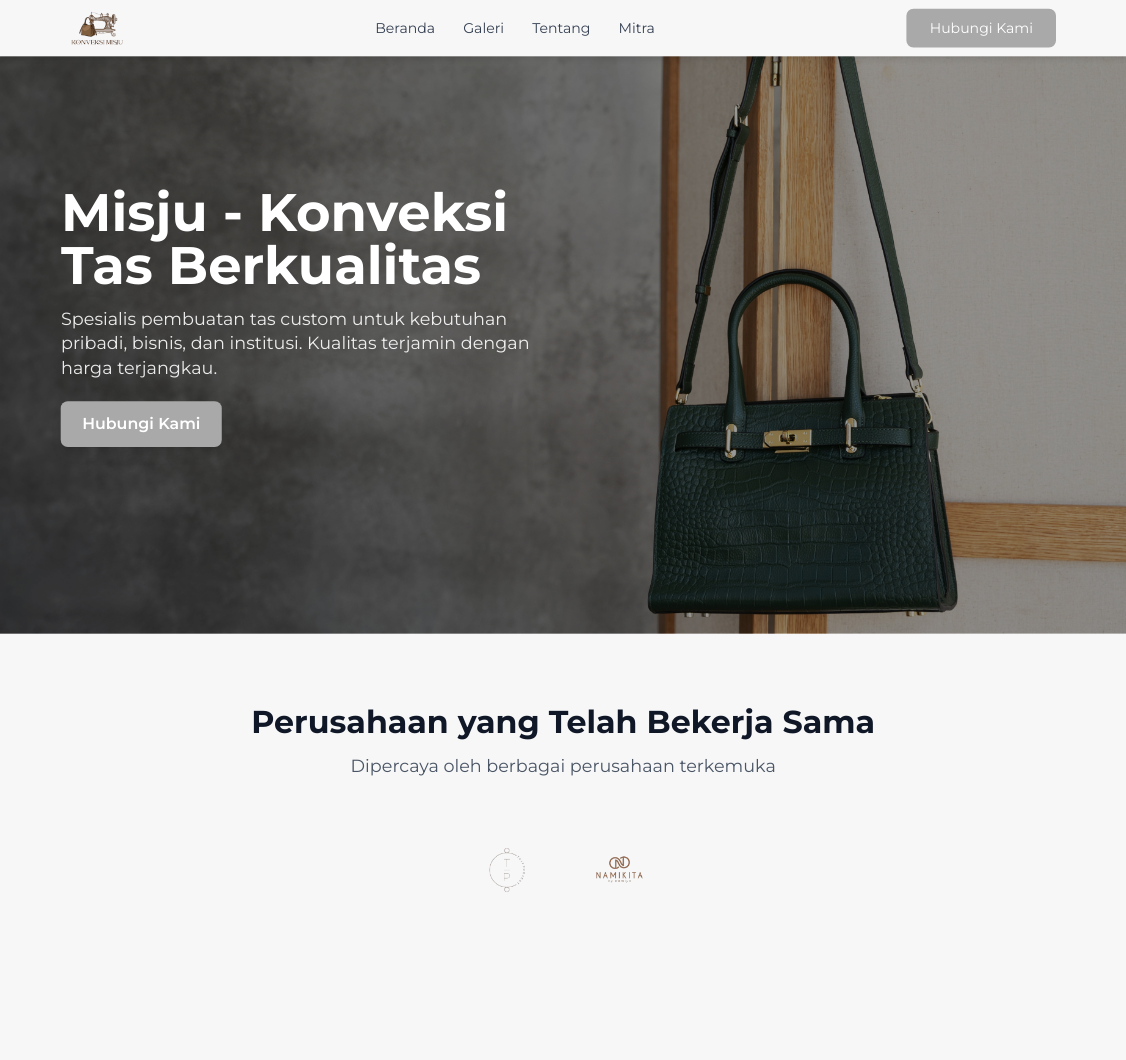
Repository: faridfirdaus-fred/konveksi_misju
Page: /
These files come from the project's save history. The page is drawn as it stood at one moment and after a run of saves; the edit follows.
The browser window is 1280 px wide. The pictures show the part of the page from y = 0 to 1204 px (the page is 3332 px tall before and 3396 px after), at 88% of full size.
Pictures or frames that could not be fetched are drawn as grey boxes. The project was rebuilt for these pictures with package versions that can differ from the ones it lists, and the page was loaded fresh each time. Also part of the build but not shown: vite.config.js.

Above is the page before, as saved 2026-01-09 20:12:45.

After the next 2 saves:
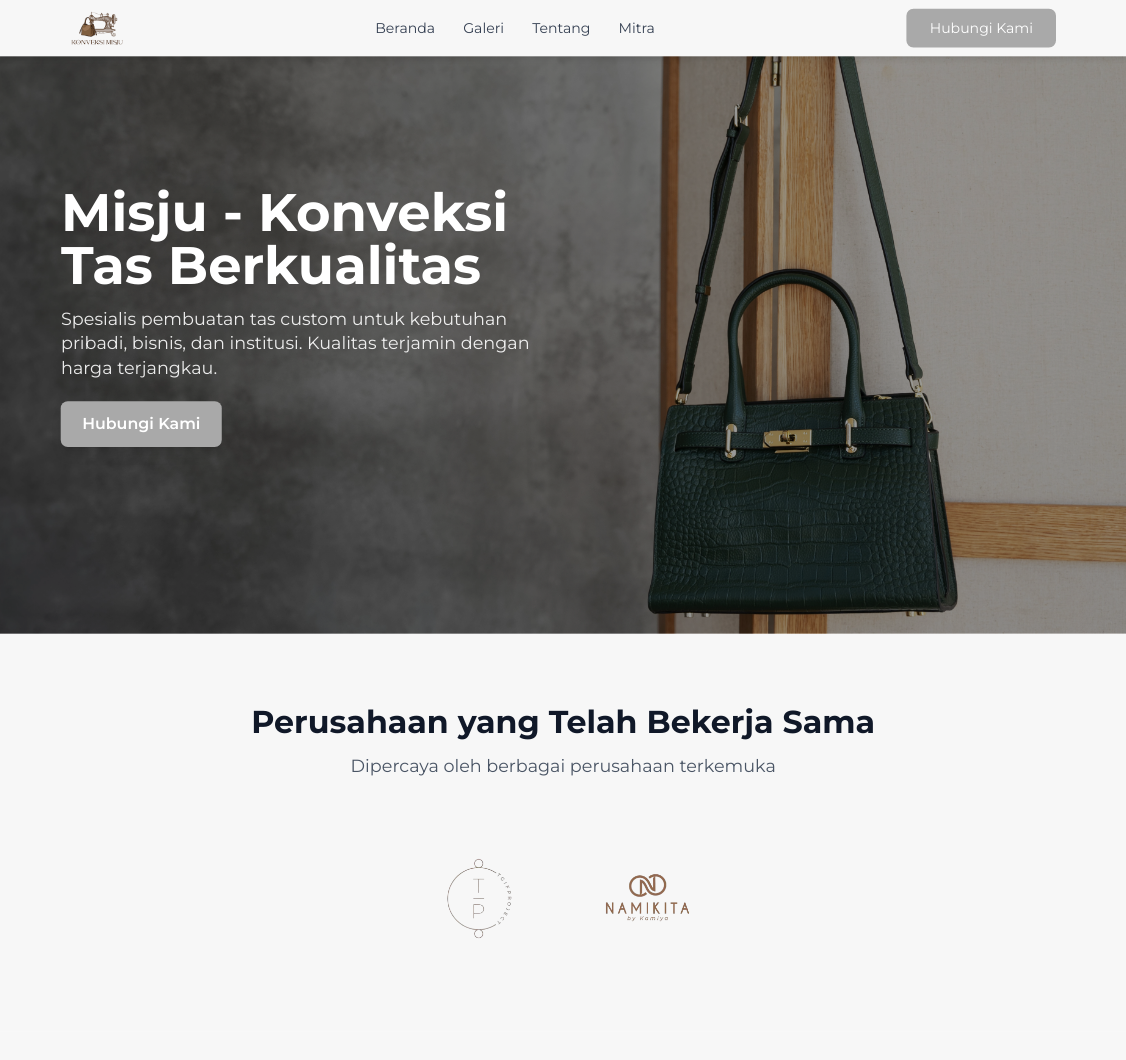
The 2 saves are shown as one change because they came seconds apart.
The last was saved 5 s later.
--- a/src/components/Partners.jsx
+++ b/src/components/Partners.jsx
@@ -34,7 +34,7 @@
               <img
                 src={partner.logo}
                 alt={partner.alt}
-                className="max-h-16 md:max-h-20 w-auto object-contain"
+                className="max-h-16 md:max-h-36 w-auto object-contain"
               />
             </div>
           ))}
